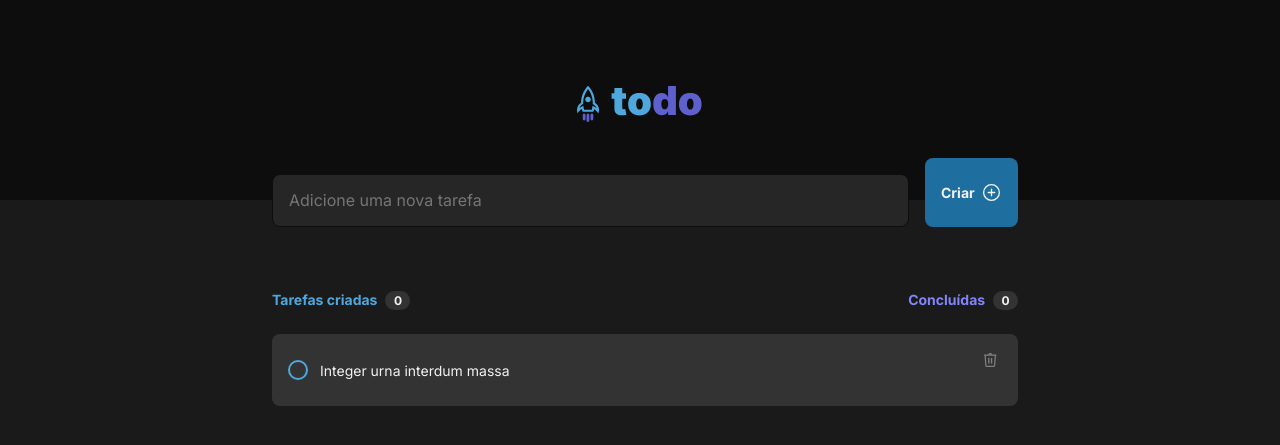
Repository: viniimartins/ToDoListROCKETSEAT
Page: /
The author's editor kept a copy of each file at every save. The page is drawn from the files as they stood at one save, then again after a run of saves.
The browser window is 1280 px wide. The pictures show the whole page.
The project was rebuilt for these pictures with package versions that can differ from the ones it lists, and the page was loaded fresh each time. Also part of the build but not shown: vite.config.ts.

Above is the page before, as saved 2023-05-08 14:37:57.

### index.html
<!DOCTYPE html>
<html lang="en">
  <head>
    <meta charset="UTF-8" />

    <link rel="preconnect" href="https://fonts.googleapis.com" />
    <link rel="preconnect" href="https://fonts.gstatic.com" crossorigin />

    <link rel="icon" type="image/svg+xml" href="/vite.svg" />
    <meta name="viewport" content="width=device-width, initial-scale=1.0" />
    <title>Vite + React + TS</title>

    <link
      href="https://fonts.googleapis.com/css2?family=Inter:wght@400;700&display=swap"
      rel="stylesheet"
    />
  </head>
  <body>
    <div id="root"></div>
    <script type="module" src="/src/main.tsx"></script>
  </body>
</html>

### src/App.tsx
import { Header } from "./Components/Header";
import { AddTask } from "./Components/AddTask";
import { Task } from "./Components/Task";

import styles from "./App.module.css";
import "./global.css";

export function App() {
  return (
    <>
      <div>
        <Header />

        <main className={styles.wrapper}>
          <AddTask />

            <Task />
        </main>
      </div>
    </>
  );
}

### src/Components/Header.tsx
import styles from "./Header.module.css";
import Logo from "../assets/Logo.svg";

export function Header() {
  return (
    <>
      <header className={styles.header}>
        <img src={Logo} />
      </header>
    </>
  );
}

### src/Components/AddTask.tsx
import { PlusCircle } from "phosphor-react";
import styles from "./AddTask.module.css";

export function AddTask() {
  return (
    <div className={styles.inputs}>
      <input
        className={styles.inputText}
        type="text"
        placeholder="Adicione uma nova tarefa"
      />
      <button className={styles.Button}>
        <span className={styles.ButtonText}>Criar</span>
        <PlusCircle size={21} />
      </button>
    </div>
  );
}

### src/Components/Task.tsx
import { TaskCreated } from "./TaskCreated";
import { TaskNotCreate } from "./TaskNotCreated";
import styles from "./task.module.css";

export function Task() {
  return (
    <div className={styles.task}>
      <header className={styles.taskHeader}>
        <div className={styles.taskCreated}>
          <p>Tarefas criadas</p>

          <span className={styles.taskCounter}>
            <p>0</p>
          </span>
        </div>

        <div className={styles.taskConcluded}>
          <p>Concluídas</p>

          <span className={styles.taskCounter}>
            <p>0</p>
          </span>
        </div>
      </header>

      <div>
          <TaskCreated />

      </div>
    </div>
  );
}

### src/App.module.css
.wrapper {
  max-width: 46rem;
  margin: -1.656rem auto;

  display: grid;
  grid-template-columns: 1fr;
  gap: 4rem;
  align-items: flex-start;

}

### src/global.css
:root {
  --white: #fff;

  --gray-100: #f2f2f2;
  --gray-200: #d9d9d9;
  --gray-300: #808080;
  --gray-400: #333333;
  --gray-500: #262626;
  --gray-600: #1a1a1a;
  --gray-700: #0d0d0d;

  --purble: #8284fa;
  --purbleDark: #5e60ce;

  --blue: #4ea8de;
  --blueDark: #1E6F9F;

  --darger: #e25858;
}

:focus {
  outline: transparent;
  box-shadow: 0 0 0 2px var(--purbleDark);
}

* {
  margin: 0;
  padding: 0;
  box-sizing: border-box;
}

body {
  background: var(--gray-600);
  color: var(--gray-100);
  -webkit-font-smoothing: antialiased;
}

body,
input,
textarea,
button {
  font-family: "Inter", sans-serif;
  font-weight: 400;
  font-size: 1rem;
}

### src/Components/Header.module.css
.header {
  height: 12.5rem;
  background-color: var(--gray-700);
  display: flex;
  justify-content: center;
  align-items: center;
}

.header img {
  width: 7.875rem;
  height: 3rem;
}

### src/Components/AddTask.module.css
.inputs {
  display: flex;
  gap: 1rem;
}

.inputText {
  width: 39.813rem;
  height: 3.313rem;

  border-radius: 0.5rem;
  padding: 1rem;
  border: 1px solid var(--gray-700);
  color: var(--gray-100);

  font-weight: 400;
  font-size: 1rem;
  background-color: var(--gray-500);
}

.Button {
  display: flex;
  align-items: center;

  background-color: var(--blueDark);
  color: var(--gray-100);

  border: none;
  border-radius: 0.5rem;
  padding: 1rem;
  cursor: pointer;
  gap: 0.4rem;


  font-weight: 700;
  font-size: 0.875rem;
}

.Button:hover {
  background: var(--blue);
}

### src/Components/TaskCreated.tsx
import React, { useState } from "react";
import styles from "./TaskCreated.module.css";
import Trash from "../assets/trash.svg";

interface Props {
  label: string;
}

export function TaskCreated({ label }: Props) {
  const [checked, setChecked] = useState(false);

  const handleChange = (event: React.ChangeEvent<HTMLInputElement>) => {
    setChecked(event.target.checked);
  };

  return (
    <div className={styles.taskCreated}>
      <label className={styles.checkbox}>
        <input type="checkbox" checked={checked} onChange={handleChange} />
        <span className={styles.checkmark}></span>
        <span className={styles.label}>Integer urna interdum massa</span>
      </label>

        <button>
          <img src={Trash} alt="trash" />
        </button>
    </div>
  );
}

### src/Components/Task.module.css
.taskHeader {
  display: flex;
  justify-content: space-between;

  margin-bottom: 1.5rem;

}

.taskCreated {
  display: flex;
  gap: 0.5rem;
}

.taskCreated p {
  color: var(--blue);
  font-size: 0.875rem;
  font-weight: 700;
}

.taskConcluded {
  display: flex;
  gap: 0.5rem;
}

.taskConcluded p {
  color: var(--purble);
  font-size: 0.875rem;
  font-weight: 700;
}

.taskCounter {
  width: 25px;
  height: 19px;

  display: flex;
  align-items: center;
  justify-content: center;

  padding: 2px 8px;
  border-radius: 999px;

  background-color: var(--gray-400);
}

.taskCounter p {
  font-size: 12px;
  font-weight: 700;
  line-height: 15px;
  background-color: transparent;
  color: inherit;
}

### src/Components/TaskCreated.module.css
.taskCreated {
  display: flex;
  align-items: center;
  justify-content: space-between;

  background-color: var(--gray-400);
  border-color: 1px solid var(--gray-500);
  height: 4.5rem;
  border-radius: 0.5rem;
  padding: 1rem;
  margin-bottom: 0.75rem;
}

.checkbox {
  display: inline-block;
  position: relative;
  cursor: pointer;
  user-select: none;
}

.checkbox input {
  position: absolute;
  opacity: 0;
  cursor: pointer;
}

.checkmark {
  position: absolute;
  top: 0;
  left: 0;
  height: 20px;
  width: 20px;
  border: 2px solid var(--blue);
  border-radius: 50%;
  background-color: transparent;
}

.checkbox:hover input ~ .checkmark {
  background-color: var(--blueDark);
}

.checkbox input:checked ~ .checkmark {
  background-color: var(--purbleDark);
  border-color: var(--purbleDark);
}

.checkbox input:checked ~ .checkmark:hover {
  background-color: var(--purble);
  border-color: var(--purble);
}

.checkmark::after {
  content: "";
  position: absolute;
  display: none;
}

.checkbox input:checked ~ .checkmark::after {
  display: block;
}

.checkbox .checkmark::after {
  left: 5px;
  top: 1px;
  width: 4px;
  height: 9px;
  border: solid white;
  border-width: 0 1.9px 1.9px 0;
  transform: rotate(45deg);
}

.label {
  margin-left: 2rem;
  font-size: 0.875rem;
}

button {
  border: none;
  background: none;
  margin-top: -1rem;
}

Loaded but not shown: src/main.tsx (common file)

After the next 2 saves:
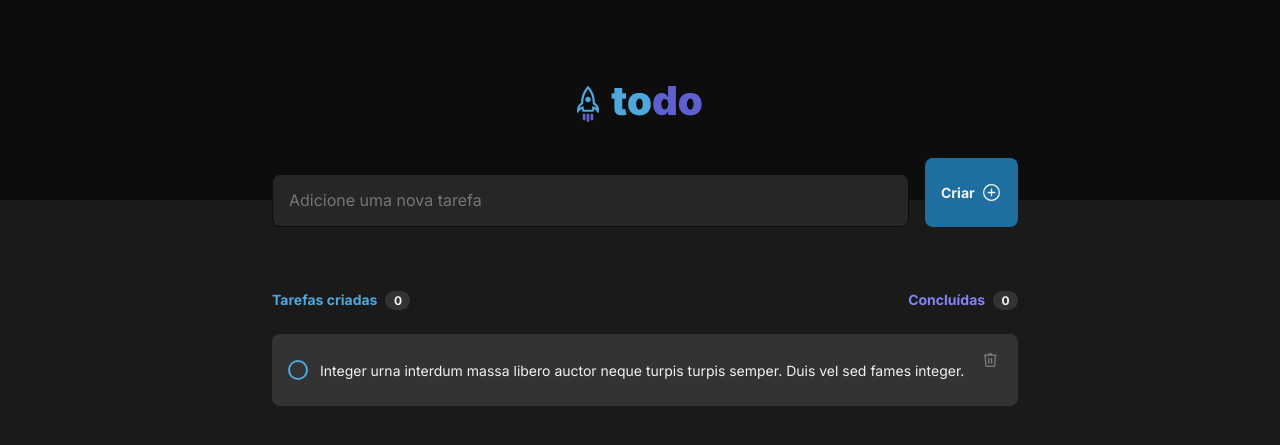
The 2 saves are shown as one change because they came seconds apart.
The last was saved 41 s later.
--- a/src/Components/TaskCreated.tsx
+++ b/src/Components/TaskCreated.tsx
@@ -18,12 +18,15 @@ export function TaskCreated({ label }: Props) {
       <label className={styles.checkbox}>
         <input type="checkbox" checked={checked} onChange={handleChange} />
         <span className={styles.checkmark}></span>
-        <span className={styles.label}>Integer urna interdum massa</span>
+        <span className={styles.label}>
+          Integer urna interdum massa libero auctor neque turpis turpis semper.
+          Duis vel sed fames integer.
+        </span>
       </label>
 
-        <button>
-          <img src={Trash} alt="trash" />
-        </button>
+      <button>
+        <img src={Trash} alt="trash" />
+      </button>
     </div>
   );
 }
